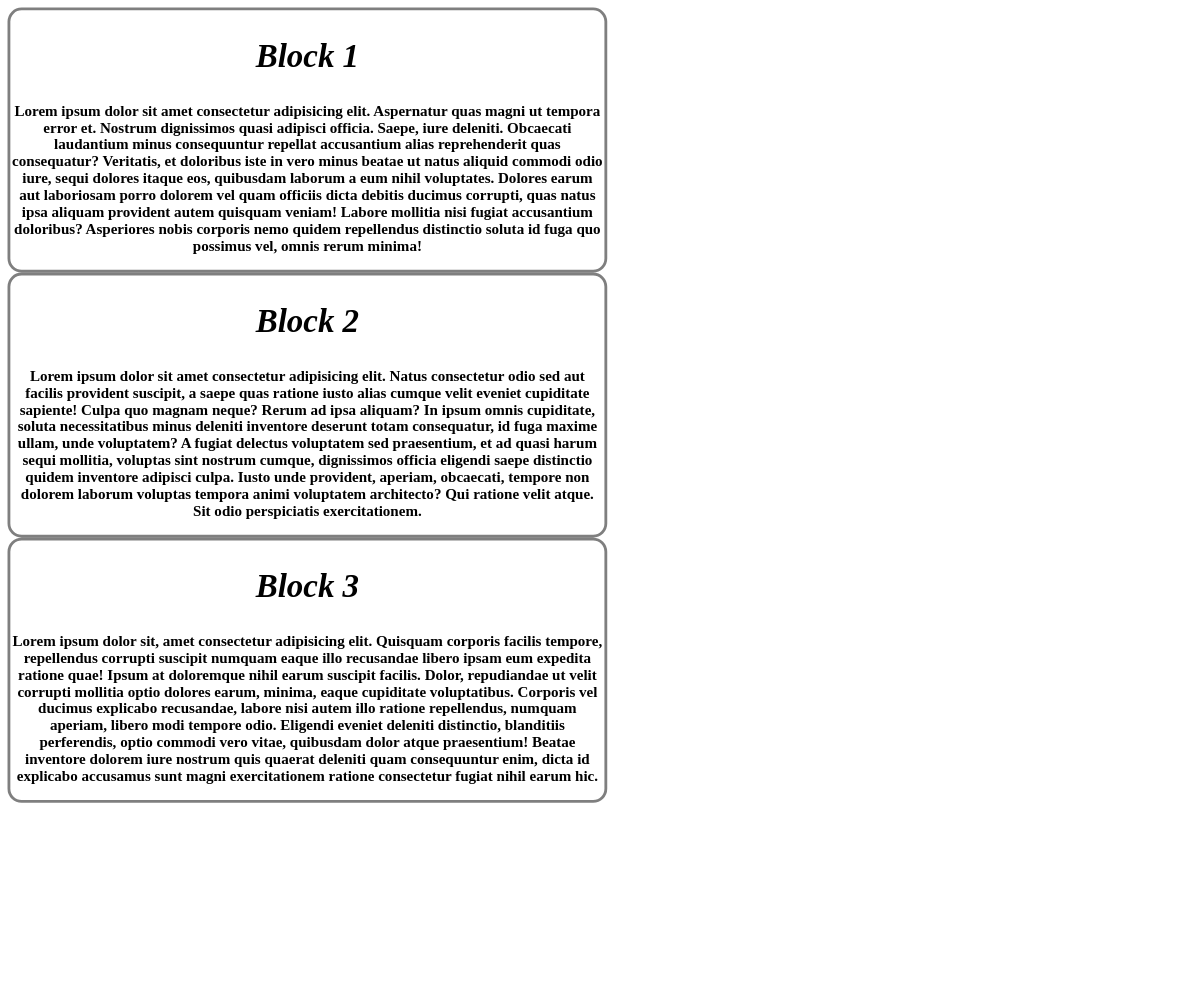
Repository: archangel88/elbrus_homework
Page: phase-0/week-3/day-3/css-fonts/index.html
The author's editor kept a copy of each file at every save. The page is drawn from the files as they stood at one save, then again after the next save.
The browser window is 1280 px wide. The pictures show the whole page, at 94% of full size.

Above is the page before, as saved 2025-10-08 22:44:35.

After the next save:
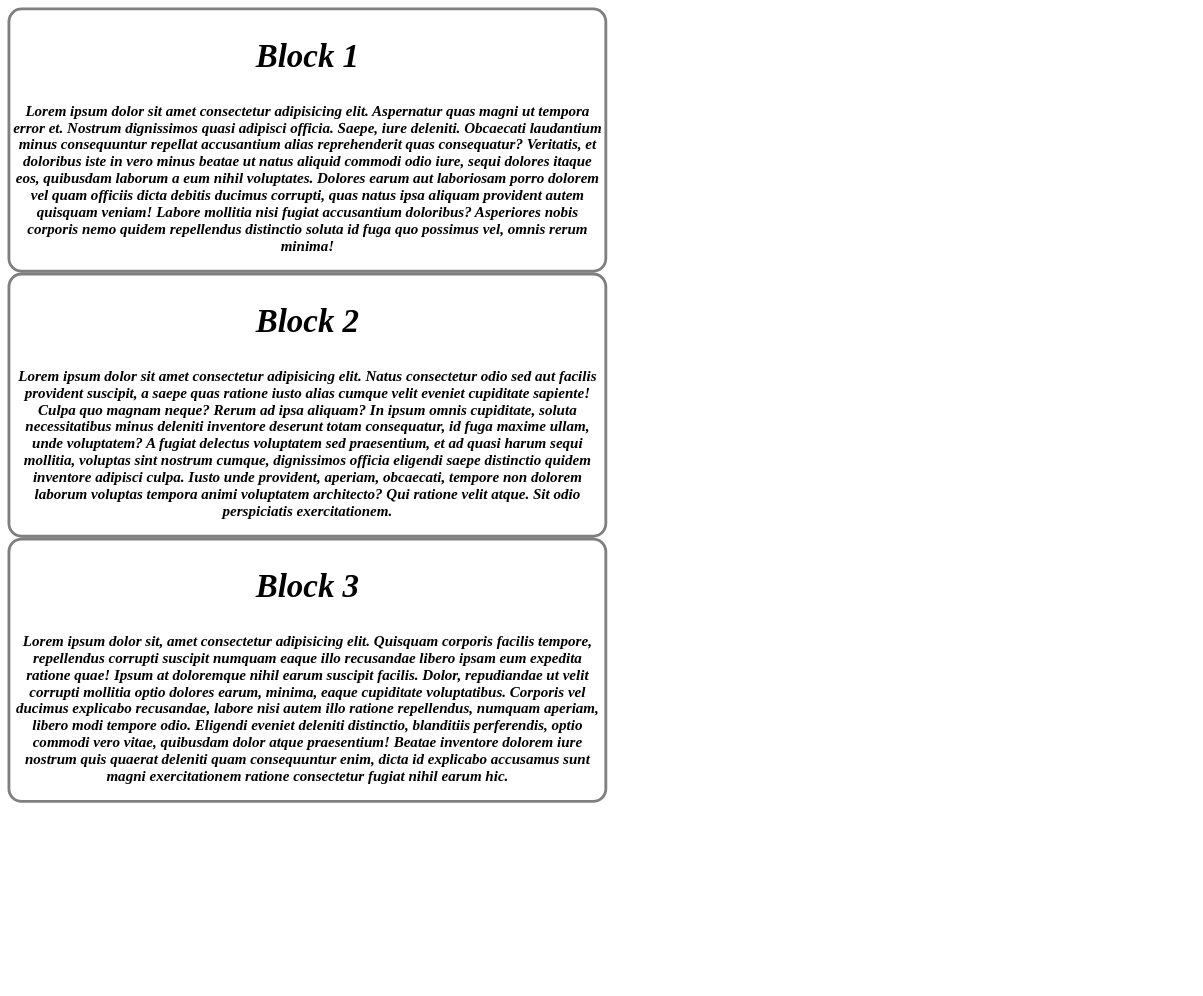
Saved 28 s later.
--- a/phase-0/week-3/day-3/css-fonts/style.css
+++ b/phase-0/week-3/day-3/css-fonts/style.css
@@ -17,4 +17,5 @@ h2{
 p{
     font-family: IBM, cursive;
     font-weight: 800;
+    font-style: italic;
 }
